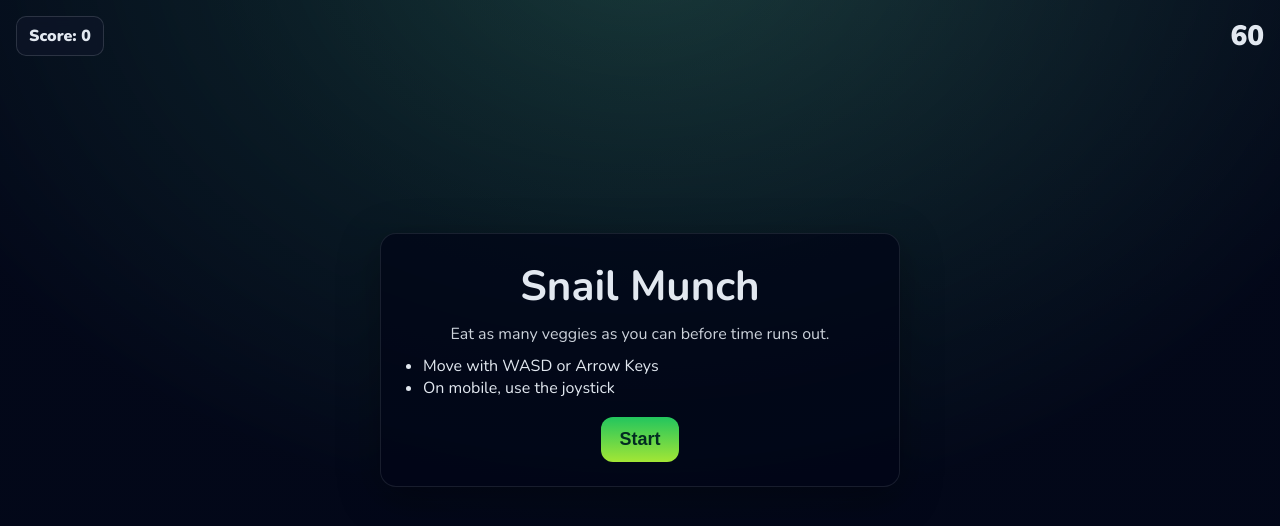
Repository: szabadkai/csigabiga
Page: index.html
These files come from the project's save history. The page is drawn as it stood at one moment and after the next save; the edit follows.
The browser window is 1280 px wide. The pictures show the whole page.

Above is the page before, as saved 2025-08-26 09:49:54.

### index.html
<!doctype html>
<html lang="en">
  <head>
    <meta charset="utf-8" />
    <meta name="viewport" content="width=device-width, initial-scale=1" />
    <title>Snail Munch</title>
    <link rel="preconnect" href="https://fonts.googleapis.com">
    <link rel="preconnect" href="https://fonts.gstatic.com" crossorigin>
    <link href="https://fonts.googleapis.com/css2?family=Nunito:wght@400;700;900&display=swap" rel="stylesheet">
    <link rel="stylesheet" href="./style.css" />
  </head>
  <body>
    <div id="hud">
      <div id="score">Score: <span>0</span></div>
      <div id="timer">60s</div>
    </div>

    <div id="timebarWrap" aria-hidden="true">
      <div id="timebar"></div>
    </div>

    <canvas id="game" width="800" height="600"></canvas>

    <div id="overlay" class="show">
      <div class="card">
        <h1>Snail Munch</h1>
        <p>Eat as many veggies as you can before time runs out.</p>
        <ul>
          <li>Move with WASD or Arrow Keys</li>
          <li>On mobile, use the joystick</li>
        </ul>
        <button id="startBtn">Start</button>
      </div>
    </div>

    <div id="joystick" aria-hidden="true">
      <div id="stick"></div>
    </div>

    <script src="./game.js"></script>
  </body>
</html>

### style.css
:root {
  --bg: #0f172a;
  --fg: #e2e8f0;
  --accent: #22c55e;
  --accent-2: #a3e635;
  --danger: #ef4444;
}

* { box-sizing: border-box; }
html, body { height: 100%; }
body {
  margin: 0;
  background: radial-gradient(1200px 800px at 70% -20%, #1e293b 0%, var(--bg) 60%);
  color: var(--fg);
  font-family: 'Nunito', system-ui, -apple-system, Segoe UI, Roboto, Ubuntu, Cantarell, 'Helvetica Neue', Arial, 'Apple Color Emoji', 'Segoe UI Emoji', 'Segoe UI Symbol', sans-serif;
  overflow: hidden;
}

#game {
  display: block;
  width: 100vw;
  height: 100vh;
}

#hud {
  position: fixed;
  top: 16px;
  left: 16px;
  right: 16px;
  display: flex;
  align-items: center;
  justify-content: space-between;
  gap: 12px;
  z-index: 2;
  pointer-events: none;
}

#score {
  background: rgba(15, 23, 42, 0.6);
  backdrop-filter: blur(6px);
  border: 1px solid rgba(226, 232, 240, 0.15);
  padding: 8px 12px;
  border-radius: 10px;
  font-weight: 800;
}

#timer {
  font-weight: 900;
  font-size: 28px;
}

#overlay {
  position: fixed;
  inset: 0;
  display: grid;
  place-items: center;
  background: radial-gradient(800px 600px at 50% -10%, rgba(34, 197, 94, 0.15), rgba(2, 6, 23, 0.9));
  opacity: 0;
  pointer-events: none;
  transition: opacity 200ms ease;
}

#overlay.show {
  opacity: 1;
  pointer-events: auto;
}

#overlay .card {
  width: min(520px, 90vw);
  background: rgba(2, 6, 23, 0.75);
  border: 1px solid rgba(226, 232, 240, 0.1);
  box-shadow: 0 10px 40px rgba(0, 0, 0, 0.35);
  border-radius: 16px;
  padding: 24px;
  text-align: center;
}

#overlay h1 {
  margin: 0 0 8px 0;
  font-size: 42px;
}

#overlay p {
  margin: 0 0 10px 0;
  opacity: 0.9;
}

#overlay ul {
  margin: 0 0 18px 0;
  padding-left: 18px;
  text-align: left;
}

button#startBtn, button#restartBtn {
  -webkit-tap-highlight-color: transparent;
  background: linear-gradient(180deg, var(--accent) 0%, var(--accent-2) 100%);
  color: #022c22;
  border: 0;
  border-radius: 12px;
  padding: 12px 18px;
  font-weight: 900;
  font-size: 18px;
  cursor: pointer;
}

#joystick {
  position: fixed;
  left: 16px;
  bottom: 16px;
  width: 120px;
  height: 120px;
  border-radius: 50%;
  background: rgba(226, 232, 240, 0.06);
  border: 1px solid rgba(226, 232, 240, 0.12);
  touch-action: none;
  display: none;
  z-index: 2;
}

#joystick.show { display: block; }

#stick {
  position: absolute;
  left: 50%;
  top: 50%;
  width: 54px;
  height: 54px;
  transform: translate(-50%, -50%);
  border-radius: 50%;
  background: rgba(226, 232, 240, 0.9);
}

@media (hover: none) and (pointer: coarse) {
  #joystick { display: block; }
}

### game.js
(() => {
    "use strict";

    const canvas = document.getElementById("game");
    const ctx = canvas.getContext("2d");
    const overlay = document.getElementById("overlay");
    const startBtn = document.getElementById("startBtn");
    const scoreEl = document.querySelector("#score span");
    const timerEl = document.getElementById("timer");
    const joystick = document.getElementById("joystick");
    const stick = document.getElementById("stick");

    function resize() {
        const dpr = Math.max(1, Math.min(2, window.devicePixelRatio || 1));
        const w = window.innerWidth;
        const h = window.innerHeight;
        canvas.width = Math.floor(w * dpr);
        canvas.height = Math.floor(h * dpr);
        canvas.style.width = w + "px";
        canvas.style.height = h + "px";
        ctx.setTransform(dpr, 0, 0, dpr, 0, 0);
    }
    window.addEventListener("resize", resize);
    resize();

    // Game state
    const GAME_DURATION_SECONDS = 60;
    const WORLD_PADDING = 24;

    const input = {
        up: false,
        down: false,
        left: false,
        right: false,
        joyX: 0,
        joyY: 0,
    };

    const keys = new Map([
        ["KeyW", "up"],
        ["ArrowUp", "up"],
        ["KeyS", "down"],
        ["ArrowDown", "down"],
        ["KeyA", "left"],
        ["ArrowLeft", "left"],
        ["KeyD", "right"],
        ["ArrowRight", "right"],
    ]);

    let state = createInitialState();

    function createInitialState() {
        const snail = {
            x: window.innerWidth / 2,
            y: window.innerHeight / 2,
            radius: 16,
            speed: 200,
            angle: 0,
        };
        return {
            running: false,
            score: 0,
            timeLeft: GAME_DURATION_SECONDS,
            lastTime: performance.now(),
            snail,
            veggies: spawnVeggies(12),
        };
    }

    function rand(min, max) {
        return Math.random() * (max - min) + min;
    }

    function spawnVeggies(count) {
        const arr = [];
        for (let i = 0; i < count; i++) {
            arr.push(createVeggie());
        }
        return arr;
    }

    function createVeggie() {
        const margin = WORLD_PADDING + 20;
        const x = rand(margin, window.innerWidth - margin);
        const y = rand(margin, window.innerHeight - margin);
        const typePool = [
            "carrot",
            "tomato",
            "lettuce",
            "broccoli",
            "eggplant",
        ];
        const type = typePool[Math.floor(rand(0, typePool.length))];
        const base = rand(12, 18);
        const angle = rand(0, Math.PI * 2);
        const colorMap = {
            lettuce: "#65d687",
            carrot: "#f97316",
            tomato: "#ef4444",
            broccoli: "#16a34a",
            eggplant: "#8b5cf6",
        };
        return { x, y, radius: base, type, angle, color: colorMap[type] };
    }

    function resetGame() {
        state = createInitialState();
        updateHUD();
    }

    function startGame() {
        resetGame();
        overlay.classList.remove("show");
        state.running = true;
        state.lastTime = performance.now();
        requestAnimationFrame(loop);
    }

    startBtn.addEventListener("click", startGame);

    // Keyboard input
    window.addEventListener(
        "keydown",
        (e) => {
            const k = keys.get(e.code);
            if (k) {
                input[k] = true;
                e.preventDefault();
            }
        },
        { passive: false }
    );
    window.addEventListener(
        "keyup",
        (e) => {
            const k = keys.get(e.code);
            if (k) {
                input[k] = false;
                e.preventDefault();
            }
        },
        { passive: false }
    );

    // Joystick input (touch)
    const joy = {
        active: false,
        cx: 0,
        cy: 0,
        radius: 50,
    };

    function updateJoystick(clientX, clientY) {
        const rect = joystick.getBoundingClientRect();
        const x = clientX - rect.left;
        const y = clientY - rect.top;
        const dx = x - rect.width / 2;
        const dy = y - rect.height / 2;
        const dist = Math.hypot(dx, dy);
        const max = joy.radius;
        const clamped = Math.min(dist, max);
        const nx = dx / max;
        const ny = dy / max;
        input.joyX = Math.max(-1, Math.min(1, nx));
        input.joyY = Math.max(-1, Math.min(1, ny));
        const angle = Math.atan2(dy, dx);
        const px = Math.cos(angle) * clamped;
        const py = Math.sin(angle) * clamped;
        stick.style.transform = `translate(${px}px, ${py}px)`;
    }

    function resetJoystick() {
        input.joyX = 0;
        input.joyY = 0;
        stick.style.transform = `translate(-50%, -50%)`;
    }

    function showJoystick(show) {
        joystick.classList.toggle("show", !!show);
    }

    // Enable joystick on touch devices
    const isTouch = matchMedia("(hover: none) and (pointer: coarse)").matches;
    if (isTouch) showJoystick(true);

    joystick.addEventListener(
        "touchstart",
        (e) => {
            joy.active = true;
            const t = e.changedTouches[0];
            updateJoystick(t.clientX, t.clientY);
            e.preventDefault();
        },
        { passive: false }
    );
    joystick.addEventListener(
        "touchmove",
        (e) => {
            if (!joy.active) return;
            const t = e.changedTouches[0];
            updateJoystick(t.clientX, t.clientY);
            e.preventDefault();
        },
        { passive: false }
    );
    joystick.addEventListener("touchend", () => {
        joy.active = false;
        resetJoystick();
    });

    function updateHUD() {
        scoreEl.textContent = String(state.score);
        timerEl.textContent = String(Math.max(0, Math.ceil(state.timeLeft)));
    }

    function loop(now) {
        if (!state.running) return;
        const dt = Math.min(0.05, (now - state.lastTime) / 1000);
        state.lastTime = now;

        step(dt);
        draw();
        requestAnimationFrame(loop);
    }

    function step(dt) {
        state.timeLeft -= dt;
        if (state.timeLeft <= 0) {
            state.timeLeft = 0;
            endGame();
            return;
        }

        const snail = state.snail;
        let vx = 0,
            vy = 0;
        if (input.up) vy -= 1;
        if (input.down) vy += 1;
        if (input.left) vx -= 1;
        if (input.right) vx += 1;
        // Touch joystick overrides if active
        if (Math.abs(input.joyX) > 0.05 || Math.abs(input.joyY) > 0.05) {
            vx = input.joyX;
            vy = input.joyY;
        }

        const len = Math.hypot(vx, vy) || 1;
        vx /= len;
        vy /= len;
        snail.x += vx * snail.speed * dt;
        snail.y += vy * snail.speed * dt;
        if (vx || vy) snail.angle = Math.atan2(vy, vx);

        // Keep in bounds (viewport bounds)
        const minX = WORLD_PADDING + snail.radius;
        const minY = WORLD_PADDING + snail.radius;
        const maxX = window.innerWidth - WORLD_PADDING - snail.radius;
        const maxY = window.innerHeight - WORLD_PADDING - snail.radius;
        snail.x = Math.max(minX, Math.min(maxX, snail.x));
        snail.y = Math.max(minY, Math.min(maxY, snail.y));

        // Collisions with veggies
        for (let i = 0; i < state.veggies.length; i++) {
            const v = state.veggies[i];
            const d = Math.hypot(v.x - snail.x, v.y - snail.y);
            if (d < v.radius + snail.radius * 0.8) {
                // Eat veggie
                state.score += 1;
                state.veggies[i] = createVeggie();
                updateHUD();
            }
        }
    }

    function draw() {
        const w = window.innerWidth;
        const h = window.innerHeight;
        // Clear with subtle vignette
        const grad = ctx.createRadialGradient(
            w / 2,
            h / 2,
            Math.min(w, h) * 0.2,
            w / 2,
            h / 2,
            Math.max(w, h) * 0.6
        );
        grad.addColorStop(0, "#0b1220");
        grad.addColorStop(1, "#0f172a");
        ctx.fillStyle = grad;
        ctx.fillRect(0, 0, w, h);

        // World bounds (viewport-sized)
        ctx.strokeStyle = "rgba(226,232,240,0.12)";
        ctx.lineWidth = 2;
        ctx.strokeRect(
            WORLD_PADDING,
            WORLD_PADDING,
            w - WORLD_PADDING * 2,
            h - WORLD_PADDING * 2
        );

        // Veggies
        for (const v of state.veggies) {
            drawVeggie(v);
        }

        // Snail
        drawSnail(state.snail);
    }

    function drawVeggie(v) {
        ctx.save();
        ctx.translate(v.x, v.y);
        const r = v.radius;
        switch (v.type) {
            case "carrot": {
                ctx.rotate(v.angle || 0);
                // body (triangle)
                ctx.fillStyle = v.color;
                ctx.beginPath();
                ctx.moveTo(-r * 0.3, -r * 1.2);
                ctx.lineTo(r * 0.8, 0);
                ctx.lineTo(-r * 0.3, r * 1.2);
                ctx.closePath();
                ctx.fill();
                // leaves
                ctx.fillStyle = "#22c55e";
                ctx.beginPath();
                ctx.ellipse(
                    -r * 0.5,
                    0,
                    r * 0.25,
                    r * 0.5,
                    -Math.PI / 6,
                    0,
                    Math.PI * 2
                );
                ctx.ellipse(
                    -r * 0.7,
                    -r * 0.2,
                    r * 0.22,
                    r * 0.45,
                    Math.PI / 6,
                    0,
                    Math.PI * 2
                );
                ctx.fill();
                break;
            }
            case "tomato": {
                // body
                ctx.fillStyle = v.color;
                ctx.beginPath();
                ctx.arc(0, 0, r * 0.95, 0, Math.PI * 2);
                ctx.fill();
                // stem/star
                ctx.fillStyle = "#22c55e";
                ctx.beginPath();
                for (let i = 0; i < 5; i++) {
                    const a = (i / 5) * Math.PI * 2;
                    ctx.lineTo(Math.cos(a) * r * 0.6, Math.sin(a) * r * 0.6);
                    ctx.lineTo(
                        Math.cos(a + Math.PI / 5) * r * 0.2,
                        Math.sin(a + Math.PI / 5) * r * 0.2
                    );
                }
                ctx.closePath();
                ctx.fill();
                // highlight
                ctx.fillStyle = "rgba(255,255,255,0.35)";
                ctx.beginPath();
                ctx.ellipse(
                    -r * 0.3,
                    -r * 0.3,
                    r * 0.2,
                    r * 0.35,
                    Math.PI / 6,
                    0,
                    Math.PI * 2
                );
                ctx.fill();
                break;
            }
            case "lettuce": {
                ctx.fillStyle = v.color;
                ctx.beginPath();
                // wavy circle
                for (let i = 0; i <= 14; i++) {
                    const a = (i / 14) * Math.PI * 2;
                    const rad = r * (0.8 + 0.15 * Math.sin(a * 3));
                    const px = Math.cos(a) * rad;
                    const py = Math.sin(a) * rad;
                    i === 0 ? ctx.moveTo(px, py) : ctx.lineTo(px, py);
                }
                ctx.closePath();
                ctx.fill();
                // veins
                ctx.strokeStyle = "rgba(255,255,255,0.25)";
                ctx.lineWidth = 1.5;
                ctx.beginPath();
                ctx.moveTo(-r * 0.2, r * 0.7);
                ctx.quadraticCurveTo(0, 0, r * 0.2, -r * 0.6);
                ctx.moveTo(-r * 0.4, r * 0.4);
                ctx.quadraticCurveTo(0, 0, r * 0.4, -r * 0.2);
                ctx.stroke();
                break;
            }
            case "broccoli": {
                // stalk
                ctx.fillStyle = "#16a34a";
                ctx.beginPath();
                ctx.roundRect(-r * 0.25, 0, r * 0.5, r * 0.9, r * 0.2);
                ctx.fill();
                // florets
                ctx.fillStyle = "#22c55e";
                const tops = [
                    [-r * 0.6, -r * 0.1],
                    [0, -r * 0.3],
                    [r * 0.6, -r * 0.1],
                ];
                for (const [tx, ty] of tops) {
                    ctx.beginPath();
                    ctx.arc(tx, ty - r * 0.2, r * 0.6, 0, Math.PI * 2);
                    ctx.fill();
                }
                break;
            }
            case "eggplant": {
                ctx.rotate(v.angle || 0);
                // body
                const w = r * 0.9;
                const h = r * 1.6;
                ctx.fillStyle = v.color;
                ctx.beginPath();
                ctx.ellipse(0, 0, w, h, 0, 0, Math.PI * 2);
                ctx.fill();
                // cap
                ctx.fillStyle = "#22c55e";
                ctx.beginPath();
                ctx.ellipse(
                    -w * 0.2,
                    -h * 0.7,
                    w * 0.7,
                    h * 0.35,
                    -Math.PI / 10,
                    0,
                    Math.PI * 2
                );
                ctx.fill();
                break;
            }
            default: {
                // fallback circle
                ctx.fillStyle = v.color || "#a3e635";
                ctx.beginPath();
                ctx.arc(0, 0, r, 0, Math.PI * 2);
                ctx.fill();
                break;
            }
        }
        ctx.restore();
    }

    function drawSnail(s) {
        ctx.save();
        ctx.translate(s.x, s.y);
        ctx.rotate(s.angle);

        // Body
        ctx.fillStyle = "#22c55e";
        ctx.beginPath();
        ctx.ellipse(0, 0, s.radius * 1.1, s.radius * 0.7, 0, 0, Math.PI * 2);
        ctx.fill();

        // Head
        ctx.beginPath();
        ctx.arc(s.radius * 0.9, 0, s.radius * 0.45, 0, Math.PI * 2);
        ctx.fillStyle = "#16a34a";
        ctx.fill();

        // Eyes
        const eyeX = s.radius * 1.2;
        ctx.fillStyle = "#e2e8f0";
        ctx.beginPath();
        ctx.arc(eyeX, -s.radius * 0.2, s.radius * 0.14, 0, Math.PI * 2);
        ctx.arc(eyeX, s.radius * 0.2, s.radius * 0.14, 0, Math.PI * 2);
        ctx.fill();
        ctx.fillStyle = "#0f172a";
        ctx.beginPath();
        ctx.arc(
            eyeX + s.radius * 0.05,
            -s.radius * 0.2,
            s.radius * 0.07,
            0,
            Math.PI * 2
        );
        ctx.arc(
            eyeX + s.radius * 0.05,
            s.radius * 0.2,
            s.radius * 0.07,
            0,
            Math.PI * 2
        );
        ctx.fill();

        // Shell
        ctx.translate(-s.radius * 0.6, 0);
        const shellR = s.radius * 0.85;
        const shellGrad = ctx.createRadialGradient(
            -shellR * 0.2,
            -shellR * 0.2,
            shellR * 0.3,
            0,
            0,
            shellR
        );
        shellGrad.addColorStop(0, "#fde68a");
        shellGrad.addColorStop(1, "#f59e0b");
        ctx.fillStyle = shellGrad;
        ctx.beginPath();
        ctx.arc(0, 0, shellR, 0, Math.PI * 2);
        ctx.fill();

        ctx.strokeStyle = "rgba(15,23,42,0.5)";
        ctx.lineWidth = 2;
        ctx.beginPath();
        for (let a = 0; a < Math.PI * 2; a += Math.PI / 6) {
            ctx.arc(0, 0, shellR * (a / (Math.PI * 2)), a, a + Math.PI / 3);
        }
        ctx.stroke();

        ctx.restore();
    }

    function endGame() {
        state.running = false;
        updateHUD();
        overlay.classList.add("show");
        overlay.querySelector(".card").innerHTML = `
      <h1>Time's Up!</h1>
      <p>You ate <strong>${state.score}</strong> veggies.</p>
      <button id="restartBtn">Play Again</button>
    `;
        const restartBtn = document.getElementById("restartBtn");
        restartBtn.addEventListener("click", startGame, { once: true });
    }

    // Show start overlay by default
    overlay.classList.add("show");
    updateHUD();
})();

After the next save:
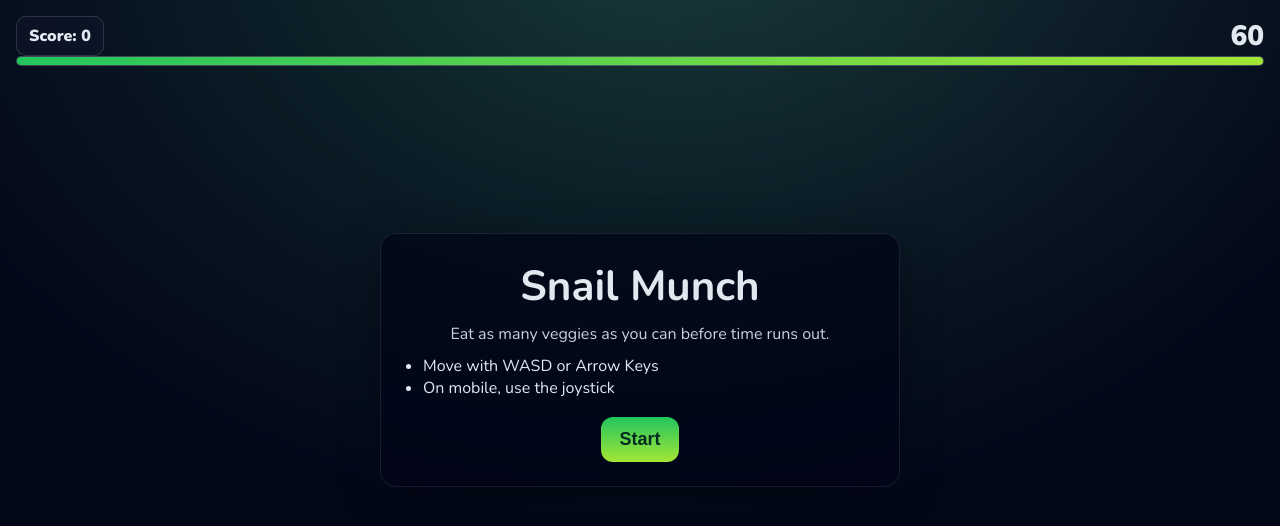
Saved 7 s later.
--- a/style.css
+++ b/style.css
@@ -47,6 +47,26 @@ body {
 #timer {
   font-weight: 900;
   font-size: 28px;
+}
+
+#timebarWrap {
+  position: fixed;
+  top: 56px;
+  left: 16px;
+  right: 16px;
+  height: 10px;
+  border-radius: 999px;
+  background: rgba(226, 232, 240, 0.12);
+  border: 1px solid rgba(226, 232, 240, 0.16);
+  overflow: hidden;
+  z-index: 2;
+}
+
+#timebar {
+  height: 100%;
+  width: 100%;
+  background: linear-gradient(90deg, #22c55e, #a3e635);
+  transform-origin: left center;
 }
 
 #overlay {
